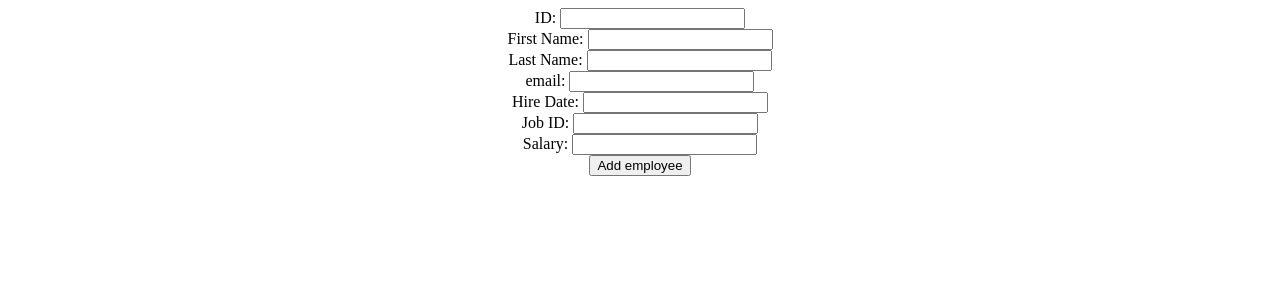
Repository: poobalan5397/corejava
Page: firstWebsite/src/main/webapp/Addemployee.html
These files come from the project's save history. The page is drawn as it stood at one moment and after the next save; the edit follows.
The browser window is 1280 px wide. The pictures show the whole page.

Above is the page before, as saved 2022-05-23 06:01:52.

After the next save:
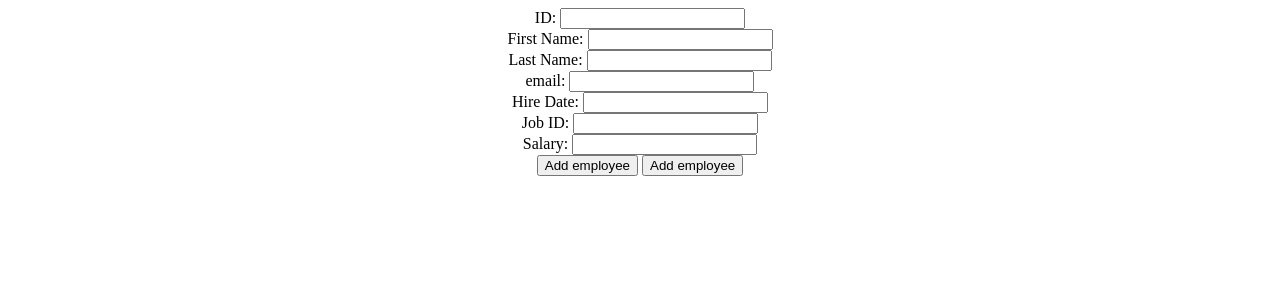
Saved 22 min 25 s later.
--- a/firstWebsite/src/main/webapp/Addemployee.html
+++ b/firstWebsite/src/main/webapp/Addemployee.html
@@ -29,6 +29,7 @@
 			<div>
 			</div>
 			<input type=submit value='Add employee' name='submit'><!-- on submit a Http request  -->
+			<input type=submit value='Add employee' name='submit'><!-- -on submit a Http request -->
 		</center>
 		</form>
 </body>
